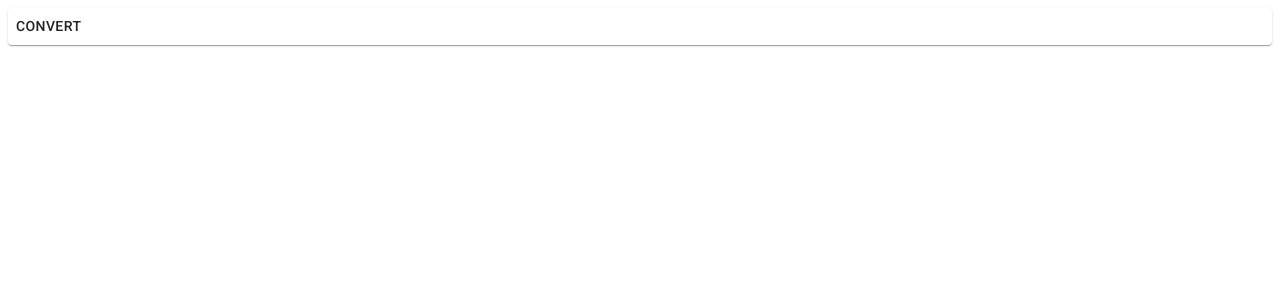
Repository: zum281/temperature-converter
Page: /
These files come from the project's save history. The page is drawn as it stood at one moment and after the next save; the edit follows.
The browser window is 1280 px wide. The pictures show the whole page.
The project was rebuilt for these pictures with package versions that can differ from the ones it lists, and the page was loaded fresh each time. Also part of the build but not shown: src/index.css.

Above is the page before, as saved 2021-07-09 13:05:35.

After the next save:
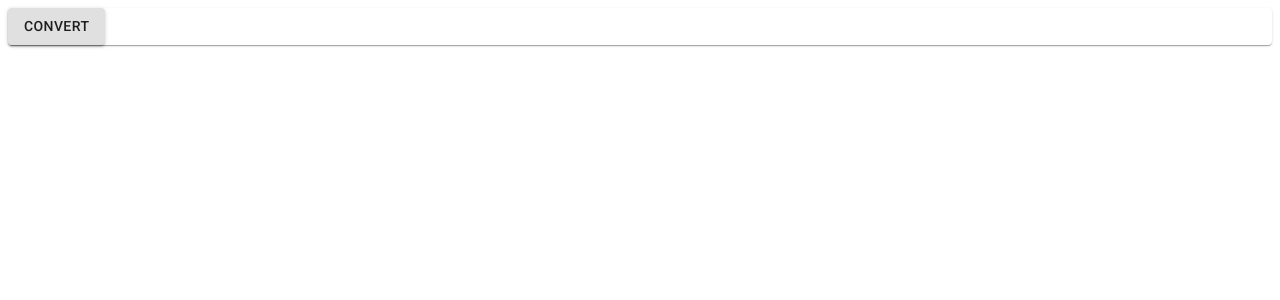
Saved 10 s later.
--- a/src/App.js
+++ b/src/App.js
@@ -5,7 +5,7 @@
     return (
         <div className="App">
             <Paper>
-                <Button>convert</Button>
+                <Button variant="contained">convert</Button>
             </Paper>
         </div>
     );
